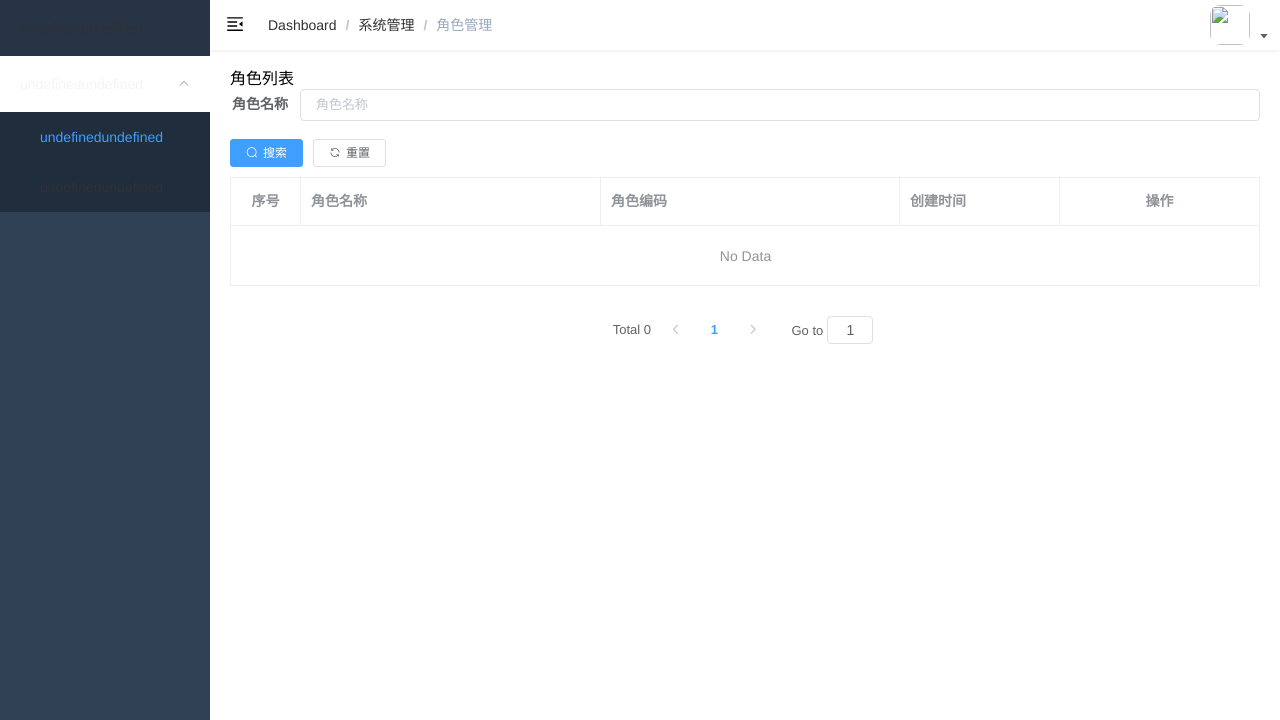
Repository: Ragnarokoo/perm-auth-front
Page: /#/system/sysRole (app in system-front/)
An editor plug-in stored every save of this project. The page is shown before and after the next save, followed by the edit.
The browser window is 1280 px wide. The pictures show the whole page.
The page's requests for data from a server got no answer. The project was rebuilt for these pictures with package versions that can differ from the ones it lists, and the page was loaded fresh each time. No one was signed in, and anything a server would have sent is missing. Also part of the build but not shown: system-front/vue.config.js, system-front/src/layout/components/Sidebar/Logo.vue, system-front/src/styles/variables.scss, system-front/src/components/SvgIcon/index.vue. Imported but missing from the stored project, and not drawn on this page: system-front/src/permission.

Above is the page before, as saved 2022-10-31 23:41:08.

### system-front/src/styles/index.scss
@import './variables.scss';
@import './mixin.scss';
@import './transition.scss';
@import './element-ui.scss';
@import './sidebar.scss';

body {
  height: 100%;
  -moz-osx-font-smoothing: grayscale;
  -webkit-font-smoothing: antialiased;
  text-rendering: optimizeLegibility;
  font-family: Helvetica Neue, Helvetica, PingFang SC, Hiragino Sans GB, Microsoft YaHei, Arial, sans-serif;
}

label {
  font-weight: 700;
}

html {
  height: 100%;
  box-sizing: border-box;
}

#app {
  height: 100%;
}

*,
*:before,
*:after {
  box-sizing: inherit;
}

a:focus,
a:active {
  outline: none;
}

a,
a:focus,
a:hover {
  cursor: pointer;
  color: inherit;
  text-decoration: none;
}

div:focus {
  outline: none;
}

.clearfix {
  &:after {
    visibility: hidden;
    display: block;
    font-size: 0;
    content: " ";
    clear: both;
    height: 0;
  }
}

// main-container global css
.app-container {
  padding: 20px;
}

### system-front/src/styles/transition.scss
// global transition css

/* fade */
.fade-enter-active,
.fade-leave-active {
  transition: opacity 0.28s;
}

.fade-enter,
.fade-leave-active {
  opacity: 0;
}

/* fade-transform */
.fade-transform-leave-active,
.fade-transform-enter-active {
  transition: all .5s;
}

.fade-transform-enter {
  opacity: 0;
  transform: translateX(-30px);
}

.fade-transform-leave-to {
  opacity: 0;
  transform: translateX(30px);
}

/* breadcrumb transition */
.breadcrumb-enter-active,
.breadcrumb-leave-active {
  transition: all .5s;
}

.breadcrumb-enter,
.breadcrumb-leave-active {
  opacity: 0;
  transform: translateX(20px);
}

.breadcrumb-move {
  transition: all .5s;
}

.breadcrumb-leave-active {
  position: absolute;
}

### system-front/src/layout/index.vue
<template>
  <div :class="classObj" class="app-wrapper">
    <div v-if="device==='mobile'&&sidebar.opened" class="drawer-bg" @click="handleClickOutside" />
    <sidebar class="sidebar-container" />
    <div class="main-container">
      <div :class="{'fixed-header':fixedHeader}">
        <navbar />
      </div>
      <app-main />
    </div>
  </div>
</template>

<script>
import { Navbar, Sidebar, AppMain } from './components'
import ResizeMixin from './mixin/ResizeHandler'

export default {
  name: 'Layout',
  components: {
    Navbar,
    Sidebar,
    AppMain
  },
  mixins: [ResizeMixin],
  computed: {
    sidebar() {
      return this.$store.state.app.sidebar
    },
    device() {
      return this.$store.state.app.device
    },
    fixedHeader() {
      return this.$store.state.settings.fixedHeader
    },
    classObj() {
      return {
        hideSidebar: !this.sidebar.opened,
        openSidebar: this.sidebar.opened,
        withoutAnimation: this.sidebar.withoutAnimation,
        mobile: this.device === 'mobile'
      }
    }
  },
  methods: {
    handleClickOutside() {
      this.$store.dispatch('app/closeSideBar', { withoutAnimation: false })
    }
  }
}
</script>

<style lang="scss" scoped>
  @import "~@/styles/mixin.scss";
  @import "~@/styles/variables.scss";

  .app-wrapper {
    @include clearfix;
    position: relative;
    height: 100%;
    width: 100%;
    &.mobile.openSidebar{
      position: fixed;
      top: 0;
    }
  }
  .drawer-bg {
    background: #000;
    opacity: 0.3;
    width: 100%;
    top: 0;
    height: 100%;
    position: absolute;
    z-index: 999;
  }

  .fixed-header {
    position: fixed;
    top: 0;
    right: 0;
    z-index: 9;
    width: calc(100% - #{$sideBarWidth});
    transition: width 0.28s;
  }

  .hideSidebar .fixed-header {
    width: calc(100% - 54px)
  }

  .mobile .fixed-header {
    width: 100%;
  }
</style>

### system-front/src/views/system/sysRole/list.vue
<template>
    <div class="app-container">
        角色列表

        <!--查询表单-->
        <div class="search-div">
            <el-form label-width="70px" size="small">
                <el-row>
                    <el-col :span="24">
                        <el-form-item label="角色名称">
                            <el-input
                                style="width: 100%"
                                v-model="searchObj.roleName"
                                placeholder="角色名称"
                            ></el-input>
                        </el-form-item>
                    </el-col>
                </el-row>
                <el-row style="display: flex">
                    <el-button
                        type="primary"
                        icon="el-icon-search"
                        size="mini"
                        @click="fetchData()"
                        >搜索</el-button
                    >
                    <el-button
                        icon="el-icon-refresh"
                        size="mini"
                        @click="resetData"
                        >重置</el-button
                    >
                </el-row>
            </el-form>
        </div>

        <!-- 表格 -->
        <el-table
            v-loading="listLoading"
            :data="list"
            stripe
            border
            style="width: 100%; margin-top: 10px"
        >
            <el-table-column label="序号" width="70" align="center">
                <template slot-scope="scope">
                    {{ (page - 1) * limit + scope.$index + 1 }}
                </template>
            </el-table-column>

            <el-table-column prop="roleName" label="角色名称" />
            <el-table-column prop="roleCode" label="角色编码" />
            <el-table-column prop="createTime" label="创建时间" width="160" />
            <el-table-column label="操作" width="200" align="center">
                <template slot-scope="scope">
                    <el-button
                        type="primary"
                        icon="el-icon-edit"
                        size="mini"
                        @click="edit(scope.row.id)"
                        title="修改"
                    />
                    <el-button
                        type="danger"
                        icon="el-icon-delete"
                        size="mini"
                        @click="removeDataById(scope.row.id)"
                        title="删除"
                    />
                </template>
            </el-table-column>
        </el-table>

        <!-- 分页组件 -->
        <el-pagination
            :current-page="page"
            :total="total"
            :page-size="limit"
            style="padding: 30px 0; text-align: center"
            layout="total, prev, pager, next, jumper"
            @current-change="fetchData"
        />
    </div>
</template>

<script>
// 引入定义接口的js文件
import api from "@/api/role/role.js";
export default {
    data() {
        return {
            listLoading: false, // 是否显示加载
            list: [], // 角色列表
            total: 0, // 总记录数
            page: 1, // 当前页
            limit: 3, // 每页显示记录数
            searchObj: {}, // 条件查询封装对象
            sysRole: {}, // 封装添加表单数据
        };
    },

    created() {
        this.fetchData();
    },

    mounted() {},

    methods: {
        // 重置
        resetData() {
            // 清空表单
            this.searchObj = {};
            // 查询所有记录数
            this.fetchData();
        },
        // 条件分页查询列表
        fetchData(pageNum = 1) {
            this.page = pageNum;
            // ajax
            api.getPageList(this.page, this.limit, this.searchObj).then(
                (response) => {
                    this.listLoading = false;
                    // 每页数据列表
                    this.list = response.data.records;
                    // 总记录数
                    this.total = response.data.total;
                }
            );
        },
        removeDataById(id) {
            this.$confirm("此操作将永久删除该角色, 是否继续?", "提示", {
                confirmButtonText: "确定",
                cancelButtonText: "取消",
                type: "warning",
            }).then(() => {
                // 调用方法删除
                api.removeId(id).then((response) => {
                    // 提示信息
                    this.$message({
                        type: "success",
                        message: "删除成功!",
                    });
                    // 刷新
                    this.fetchData();
                });
            });
        },
    },
};
</script>

<style lang="scss" scoped></style>

### system-front/src/layout/components/Navbar.vue
<template>
  <div class="navbar">
    <hamburger :is-active="sidebar.opened" class="hamburger-container" @toggleClick="toggleSideBar" />

    <breadcrumb class="breadcrumb-container" />

    <div class="right-menu">
      <el-dropdown class="avatar-container" trigger="click">
        <div class="avatar-wrapper">
          <img :src="avatar+'?imageView2/1/w/80/h/80'" class="user-avatar">
          <i class="el-icon-caret-bottom" />
        </div>
        <el-dropdown-menu slot="dropdown" class="user-dropdown">
          <router-link to="/">
            <el-dropdown-item>
              Home
            </el-dropdown-item>
          </router-link>
          <a target="_blank" href="https://github.com/PanJiaChen/vue-admin-template/">
            <el-dropdown-item>Github</el-dropdown-item>
          </a>
          <a target="_blank" href="https://panjiachen.github.io/vue-element-admin-site/#/">
            <el-dropdown-item>Docs</el-dropdown-item>
          </a>
          <el-dropdown-item divided @click.native="logout">
            <span style="display:block;">Log Out</span>
          </el-dropdown-item>
        </el-dropdown-menu>
      </el-dropdown>
    </div>
  </div>
</template>

<script>
import { mapGetters } from 'vuex'
import Breadcrumb from '@/components/Breadcrumb'
import Hamburger from '@/components/Hamburger'

export default {
  components: {
    Breadcrumb,
    Hamburger
  },
  computed: {
    ...mapGetters([
      'sidebar',
      'avatar'
    ])
  },
  methods: {
    toggleSideBar() {
      this.$store.dispatch('app/toggleSideBar')
    },
    async logout() {
      await this.$store.dispatch('user/logout')
      this.$router.push(`/login?redirect=${this.$route.fullPath}`)
    }
  }
}
</script>

<style lang="scss" scoped>
.navbar {
  height: 50px;
  overflow: hidden;
  position: relative;
  background: #fff;
  box-shadow: 0 1px 4px rgba(0,21,41,.08);

  .hamburger-container {
    line-height: 46px;
    height: 100%;
    float: left;
    cursor: pointer;
    transition: background .3s;
    -webkit-tap-highlight-color:transparent;

    &:hover {
      background: rgba(0, 0, 0, .025)
    }
  }

  .breadcrumb-container {
    float: left;
  }

  .right-menu {
    float: right;
    height: 100%;
    line-height: 50px;

    &:focus {
      outline: none;
    }

    .right-menu-item {
      display: inline-block;
      padding: 0 8px;
      height: 100%;
      font-size: 18px;
      color: #5a5e66;
      vertical-align: text-bottom;

      &.hover-effect {
        cursor: pointer;
        transition: background .3s;

        &:hover {
          background: rgba(0, 0, 0, .025)
        }
      }
    }

    .avatar-container {
      margin-right: 30px;

      .avatar-wrapper {
        margin-top: 5px;
        position: relative;

        .user-avatar {
          cursor: pointer;
          width: 40px;
          height: 40px;
          border-radius: 10px;
        }

        .el-icon-caret-bottom {
          cursor: pointer;
          position: absolute;
          right: -20px;
          top: 25px;
          font-size: 12px;
        }
      }
    }
  }
}
</style>

### system-front/src/layout/components/Sidebar/index.vue
<template>
  <div :class="{'has-logo':showLogo}">
    <logo v-if="showLogo" :collapse="isCollapse" />
    <el-scrollbar wrap-class="scrollbar-wrapper">
      <el-menu
        :default-active="activeMenu"
        :collapse="isCollapse"
        :background-color="variables.menuBg"
        :text-color="variables.menuText"
        :unique-opened="false"
        :active-text-color="variables.menuActiveText"
        :collapse-transition="false"
        mode="vertical"
      >
        <sidebar-item v-for="route in routes" :key="route.path" :item="route" :base-path="route.path" />
      </el-menu>
    </el-scrollbar>
  </div>
</template>

<script>
import { mapGetters } from 'vuex'
import Logo from './Logo'
import SidebarItem from './SidebarItem'
import variables from '@/styles/variables.scss'

export default {
  components: { SidebarItem, Logo },
  computed: {
    ...mapGetters([
      'sidebar'
    ]),
    routes() {
      return this.$router.options.routes
    },
    activeMenu() {
      const route = this.$route
      const { meta, path } = route
      // if set path, the sidebar will highlight the path you set
      if (meta.activeMenu) {
        return meta.activeMenu
      }
      return path
    },
    showLogo() {
      return this.$store.state.settings.sidebarLogo
    },
    variables() {
      return variables
    },
    isCollapse() {
      return !this.sidebar.opened
    }
  }
}
</script>

### system-front/src/components/Breadcrumb/index.vue
<template>
  <el-breadcrumb class="app-breadcrumb" separator="/">
    <transition-group name="breadcrumb">
      <el-breadcrumb-item v-for="(item,index) in levelList" :key="item.path">
        <span v-if="item.redirect==='noRedirect'||index==levelList.length-1" class="no-redirect">{{ item.meta.title }}</span>
        <a v-else @click.prevent="handleLink(item)">{{ item.meta.title }}</a>
      </el-breadcrumb-item>
    </transition-group>
  </el-breadcrumb>
</template>

<script>
import pathToRegexp from 'path-to-regexp'

export default {
  data() {
    return {
      levelList: null
    }
  },
  watch: {
    $route() {
      this.getBreadcrumb()
    }
  },
  created() {
    this.getBreadcrumb()
  },
  methods: {
    getBreadcrumb() {
      // only show routes with meta.title
      let matched = this.$route.matched.filter(item => item.meta && item.meta.title)
      const first = matched[0]

      if (!this.isDashboard(first)) {
        matched = [{ path: '/dashboard', meta: { title: 'Dashboard' }}].concat(matched)
      }

      this.levelList = matched.filter(item => item.meta && item.meta.title && item.meta.breadcrumb !== false)
    },
    isDashboard(route) {
      const name = route && route.name
      if (!name) {
        return false
      }
      return name.trim().toLocaleLowerCase() === 'Dashboard'.toLocaleLowerCase()
    },
    pathCompile(path) {
      // To solve this problem https://github.com/PanJiaChen/vue-element-admin/issues/561
      const { params } = this.$route
      var toPath = pathToRegexp.compile(path)
      return toPath(params)
    },
    handleLink(item) {
      const { redirect, path } = item
      if (redirect) {
        this.$router.push(redirect)
        return
      }
      this.$router.push(this.pathCompile(path))
    }
  }
}
</script>

<style lang="scss" scoped>
.app-breadcrumb.el-breadcrumb {
  display: inline-block;
  font-size: 14px;
  line-height: 50px;
  margin-left: 8px;

  .no-redirect {
    color: #97a8be;
    cursor: text;
  }
}
</style>

### system-front/src/components/Hamburger/index.vue
<template>
  <div style="padding: 0 15px;" @click="toggleClick">
    <svg
      :class="{'is-active':isActive}"
      class="hamburger"
      viewBox="0 0 1024 1024"
      xmlns="http://www.w3.org/2000/svg"
      width="64"
      height="64"
    >
      <path d="M408 442h480c4.4 0 8-3.6 8-8v-56c0-4.4-3.6-8-8-8H408c-4.4 0-8 3.6-8 8v56c0 4.4 3.6 8 8 8zm-8 204c0 4.4 3.6 8 8 8h480c4.4 0 8-3.6 8-8v-56c0-4.4-3.6-8-8-8H408c-4.4 0-8 3.6-8 8v56zm504-486H120c-4.4 0-8 3.6-8 8v56c0 4.4 3.6 8 8 8h784c4.4 0 8-3.6 8-8v-56c0-4.4-3.6-8-8-8zm0 632H120c-4.4 0-8 3.6-8 8v56c0 4.4 3.6 8 8 8h784c4.4 0 8-3.6 8-8v-56c0-4.4-3.6-8-8-8zM142.4 642.1L298.7 519a8.84 8.84 0 0 0 0-13.9L142.4 381.9c-5.8-4.6-14.4-.5-14.4 6.9v246.3a8.9 8.9 0 0 0 14.4 7z" />
    </svg>
  </div>
</template>

<script>
export default {
  name: 'Hamburger',
  props: {
    isActive: {
      type: Boolean,
      default: false
    }
  },
  methods: {
    toggleClick() {
      this.$emit('toggleClick')
    }
  }
}
</script>

<style scoped>
.hamburger {
  display: inline-block;
  vertical-align: middle;
  width: 20px;
  height: 20px;
}

.hamburger.is-active {
  transform: rotate(180deg);
}
</style>

### system-front/src/layout/components/Sidebar/SidebarItem.vue
<template>
  <div v-if="!item.hidden">
    <template v-if="hasOneShowingChild(item.children,item) && (!onlyOneChild.children||onlyOneChild.noShowingChildren)&&!item.alwaysShow">
      <app-link v-if="onlyOneChild.meta" :to="resolvePath(onlyOneChild.path)">
        <el-menu-item :index="resolvePath(onlyOneChild.path)" :class="{'submenu-title-noDropdown':!isNest}">
          <item :icon="onlyOneChild.meta.icon||(item.meta&&item.meta.icon)" :title="onlyOneChild.meta.title" />
        </el-menu-item>
      </app-link>
    </template>

    <el-submenu v-else ref="subMenu" :index="resolvePath(item.path)" popper-append-to-body>
      <template slot="title">
        <item v-if="item.meta" :icon="item.meta && item.meta.icon" :title="item.meta.title" />
      </template>
      <sidebar-item
        v-for="child in item.children"
        :key="child.path"
        :is-nest="true"
        :item="child"
        :base-path="resolvePath(child.path)"
        class="nest-menu"
      />
    </el-submenu>
  </div>
</template>

<script>
import path from 'path'
import { isExternal } from '@/utils/validate'
import Item from './Item'
import AppLink from './Link'
import FixiOSBug from './FixiOSBug'

export default {
  name: 'SidebarItem',
  components: { Item, AppLink },
  mixins: [FixiOSBug],
  props: {
    // route object
    item: {
      type: Object,
      required: true
    },
    isNest: {
      type: Boolean,
      default: false
    },
    basePath: {
      type: String,
      default: ''
    }
  },
  data() {
    // To fix https://github.com/PanJiaChen/vue-admin-template/issues/237
    // TODO: refactor with render function
    this.onlyOneChild = null
    return {}
  },
  methods: {
    hasOneShowingChild(children = [], parent) {
      const showingChildren = children.filter(item => {
        if (item.hidden) {
          return false
        } else {
          // Temp set(will be used if only has one showing child)
          this.onlyOneChild = item
          return true
        }
      })

      // When there is only one child router, the child router is displayed by default
      if (showingChildren.length === 1) {
        return true
      }

      // Show parent if there are no child router to display
      if (showingChildren.length === 0) {
        this.onlyOneChild = { ... parent, path: '', noShowingChildren: true }
        return true
      }

      return false
    },
    resolvePath(routePath) {
      if (isExternal(routePath)) {
        return routePath
      }
      if (isExternal(this.basePath)) {
        return this.basePath
      }
      return path.resolve(this.basePath, routePath)
    }
  }
}
</script>

Loaded but not shown: system-front/src/main.js (common file); system-front/src/App.vue (common file); system-front/src/store/index.js (common file); system-front/src/icons/index.js (common file); system-front/src/styles/mixin.scss (common file); system-front/src/styles/element-ui.scss (common file); system-front/src/store/getters.js (common file); system-front/src/store/modules/settings.js (common file); system-front/src/settings.js (common file); system-front/src/utils/auth.js (common file); system-front/src/layout/components/index.js (common file); system-front/src/utils/validate.js (common file); system-front/src/layout/components/AppMain.vue (common file); system-front/src/layout/components/Sidebar/Item.vue (common file); system-front/src/layout/components/Sidebar/Link.vue (common file); system-front/src/layout/components/Sidebar/FixiOSBug.js (common file); system-front/src/router/index.js (101 lines, source omitted); system-front/src/utils/request.js (85 lines, source omitted); system-front/src/store/modules/user.js (100 lines, source omitted); system-front/src/layout/mixin/ResizeHandler.js (45 lines, source omitted); system-front/src/store/modules/app.js (48 lines, source omitted); system-front/src/api/role/role.js (35 lines, source omitted); system-front/src/api/user.js (24 lines, source omitted); system-front/src/styles/sidebar.scss (226 lines, source omitted)

After the next save:
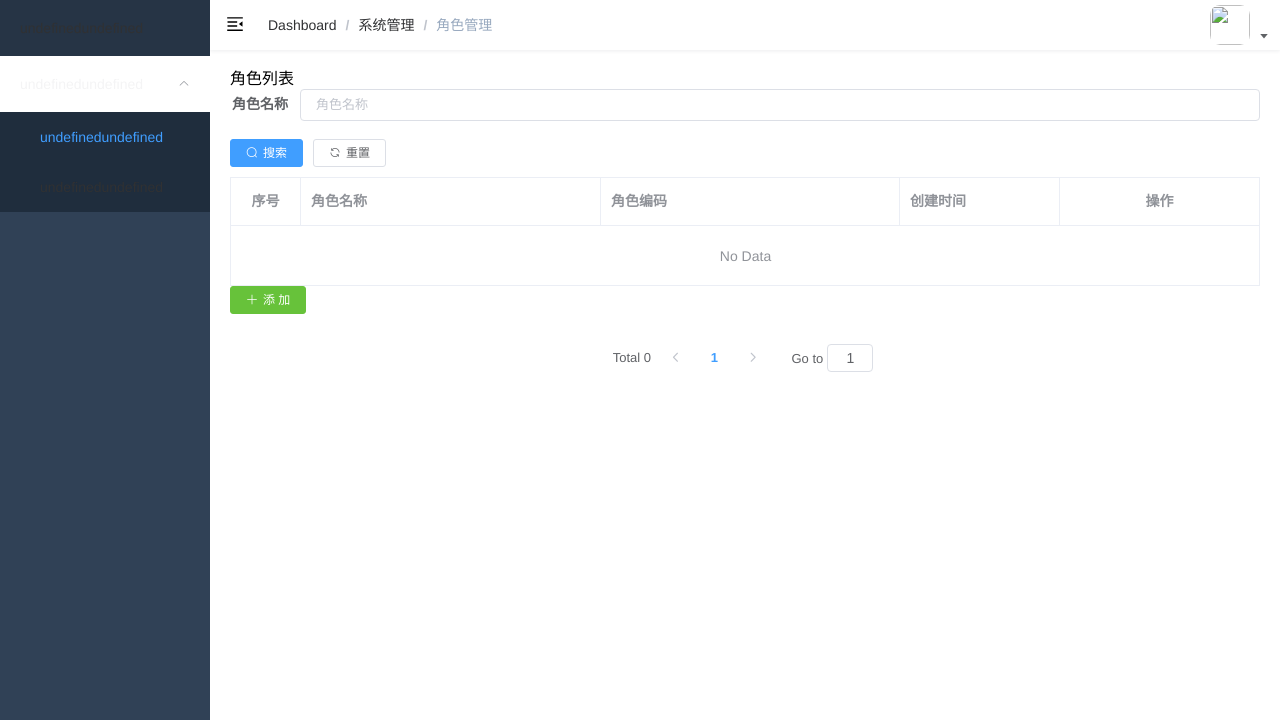
Saved 32 s later.
--- a/system-front/src/views/system/sysRole/list.vue
+++ b/system-front/src/views/system/sysRole/list.vue
@@ -70,6 +70,17 @@
                 </template>
             </el-table-column>
         </el-table>
+
+        <!-- 工具条 -->
+        <div class="tools-div">
+            <el-button
+                type="success"
+                icon="el-icon-plus"
+                size="mini"
+                @click="add"
+                >添 加</el-button
+            >
+        </div>
 
         <!-- 分页组件 -->
         <el-pagination

After the save that followed:
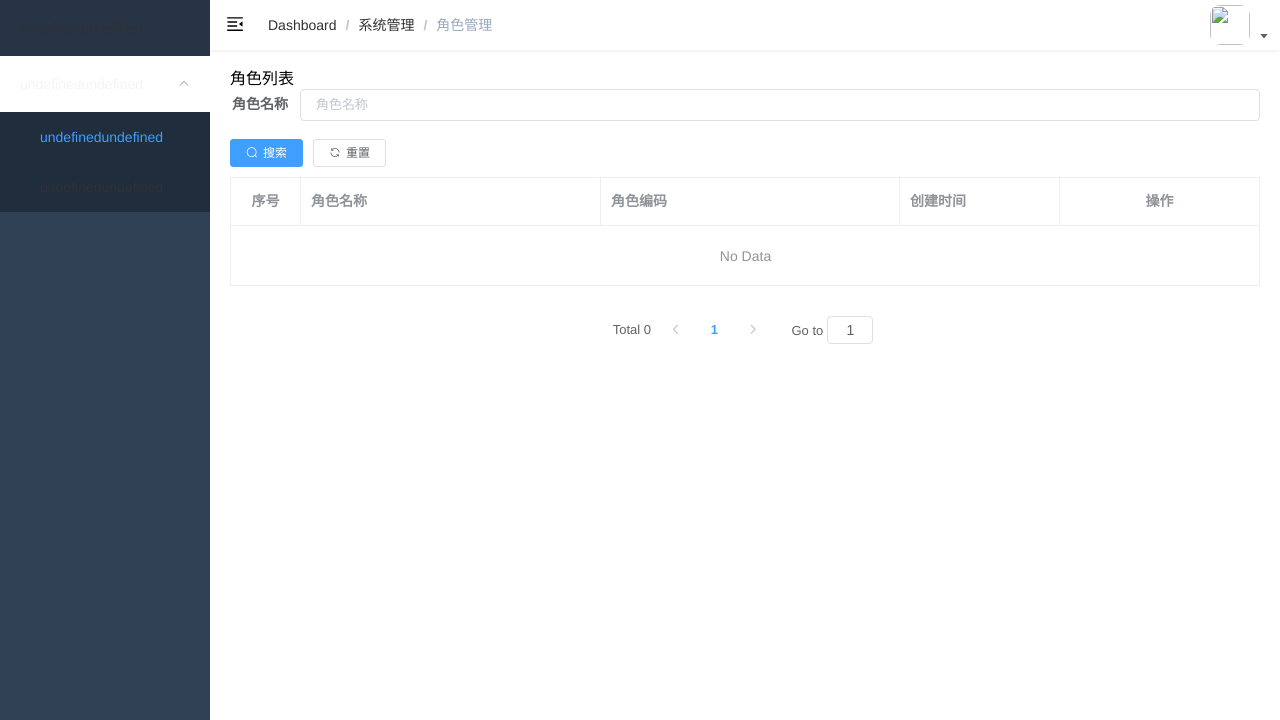
Saved 26 s later.
--- a/system-front/src/views/system/sysRole/list.vue
+++ b/system-front/src/views/system/sysRole/list.vue
@@ -70,17 +70,6 @@
                 </template>
             </el-table-column>
         </el-table>
-
-        <!-- 工具条 -->
-        <div class="tools-div">
-            <el-button
-                type="success"
-                icon="el-icon-plus"
-                size="mini"
-                @click="add"
-                >添 加</el-button
-            >
-        </div>
 
         <!-- 分页组件 -->
         <el-pagination
